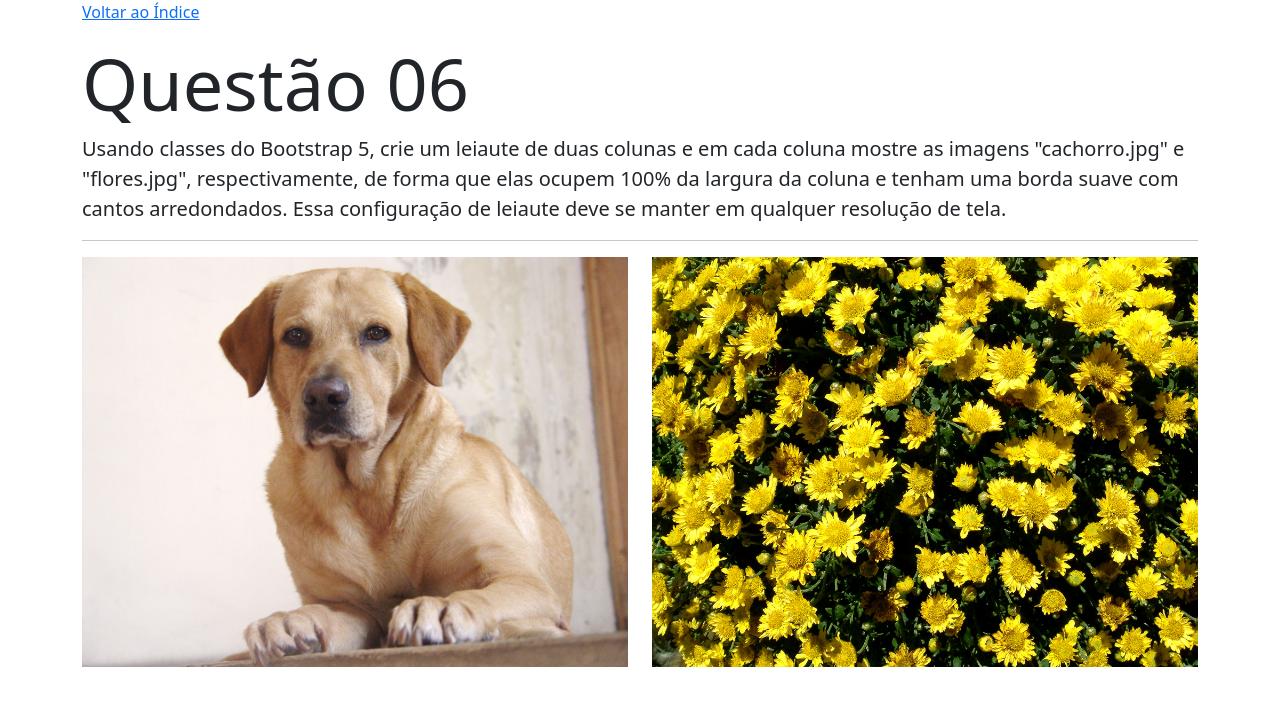
Repository: In-Game-full/Reprograme-se
Page: S-6-InicioBootstrap5/Atividade-pratica-da-semana-1-de-Bootstrap-5-In-Game-full/questao06.html
These files come from the project's save history. The page is drawn as it stood at one moment and after the next save; the edit follows.
The browser window is 1280 px wide. The pictures show the whole page.

Above is the page before, as saved 2023-08-28 21:45:55.

### S-6-InicioBootstrap5/Atividade-pratica-da-semana-1-de-Bootstrap-5-In-Game-full/questao06.html
<!DOCTYPE html>
<html lang="pt-br">

<head>
    <meta charset="UTF-8">
    <meta http-equiv="X-UA-Compatible" content="IE=edge">
    <meta name="viewport" content="width=device-width, initial-scale=1.0">
    <link href="https://cdn.jsdelivr.net/npm/bootstrap@5.2.2/dist/css/bootstrap.min.css" rel="stylesheet">
    <script src="https://cdn.jsdelivr.net/npm/bootstrap@5.2.2/dist/js/bootstrap.bundle.min.js"></script>
    <link rel="stylesheet" href="estilos.css">
    <style>

    </style>
    <title>Questão 06</title>
</head>

<body>
    <div class="container">
        <p><a href="index.html">Voltar ao Índice</a></p>
        <h1 class="display-2">Questão 06</h1>
        <p class="lead">Usando classes do Bootstrap 5, crie um leiaute de duas colunas e em cada coluna mostre as imagens "cachorro.jpg" e "flores.jpg", respectivamente, de forma que elas ocupem 100% da largura da coluna e tenham uma borda suave com cantos arredondados. Essa configuração de leiaute deve se manter em qualquer resolução de tela.</p>
        <hr>
        <!-- Valor: 1.5 pontos -->
        <!-- FAZER AQUI -->

        <div class="row">
            <div class=" col-6">
                <img class="img-fluid img-" src="./cachorro.jpg" alt="">
            </div>
            <div class=" col-6 ">
                <img class="img-fluid img-" src="./flores.jpg" alt="">
            </div>
        </div>
    </div>
</body>

</html>

### S-6-InicioBootstrap5/Atividade-pratica-da-semana-1-de-Bootstrap-5-In-Game-full/estilos.css
div {
    height: 120px;

}

After the next save:
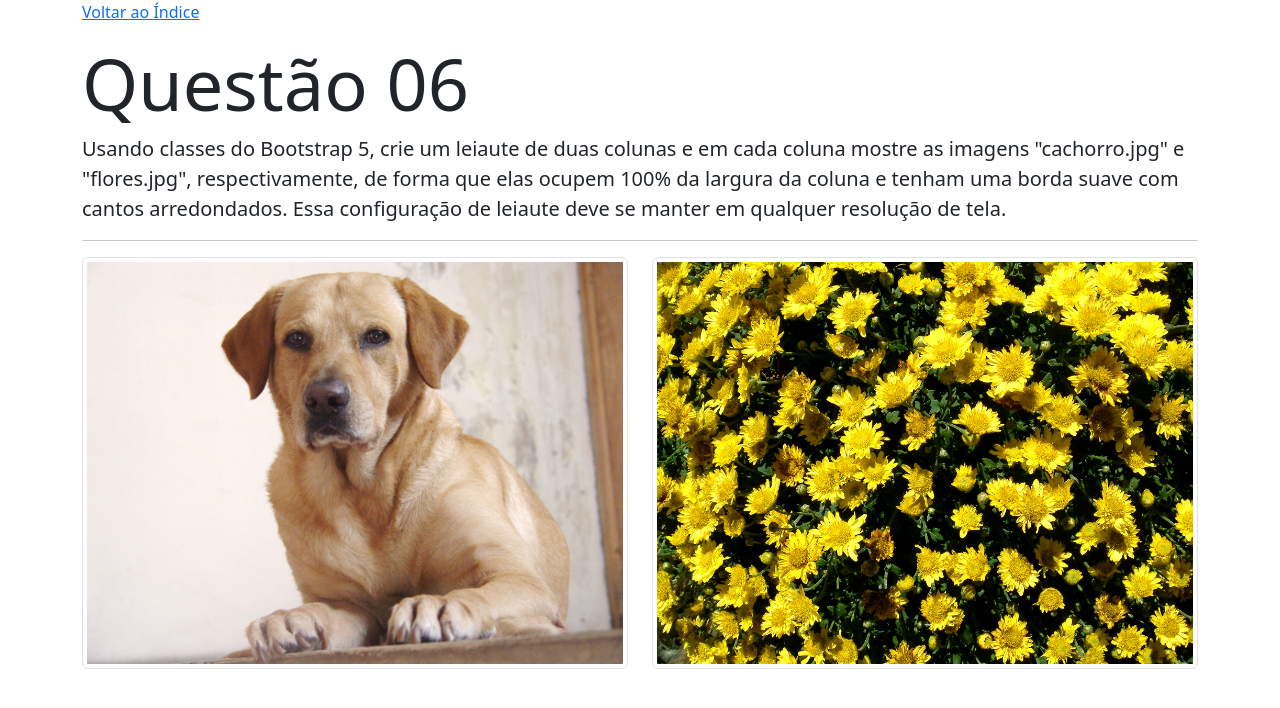
Saved 6 s later.
--- a/S-6-InicioBootstrap5/Atividade-pratica-da-semana-1-de-Bootstrap-5-In-Game-full/questao06.html
+++ b/S-6-InicioBootstrap5/Atividade-pratica-da-semana-1-de-Bootstrap-5-In-Game-full/questao06.html
@@ -25,10 +25,10 @@
 
         <div class="row">
             <div class=" col-6">
-                <img class="img-fluid img-" src="./cachorro.jpg" alt="">
+                <img class="img-fluid img-thumbnail" src="./cachorro.jpg" alt="">
             </div>
             <div class=" col-6 ">
-                <img class="img-fluid img-" src="./flores.jpg" alt="">
+                <img class="img-fluid img-thumbnail" src="./flores.jpg" alt="">
             </div>
         </div>
     </div>
